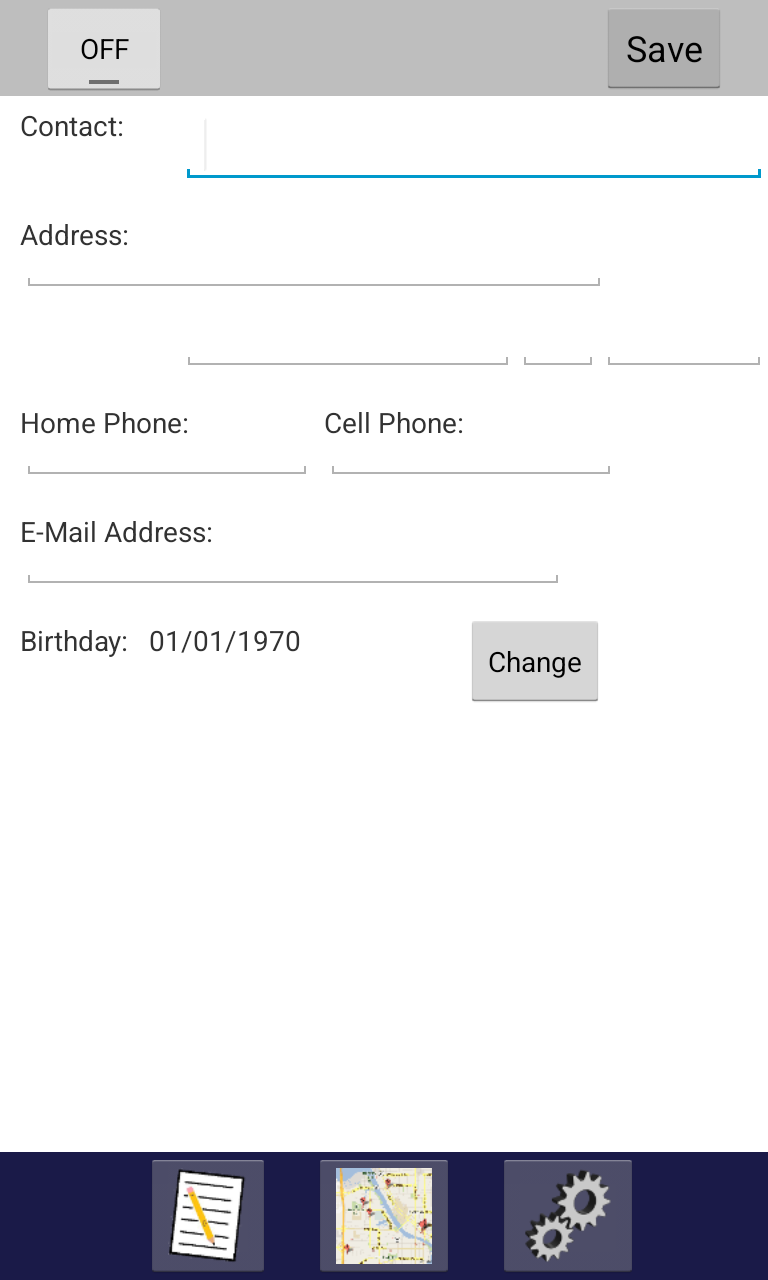
Repository: KarthikDulam/MobileAppDevelopment
Layout: MycontactList/res/layout/activity_contact.xml
These files come from the project's save history. The layout is drawn as it stood at one moment and after the next save; the edit follows.
It is drawn on a 768 x 1280 px phone screen (xhdpi) without system bars, with theme AppTheme; the app's code is not run.

Above is the layout before, as saved 2016-04-05 17:55:02.

### MycontactList/res/layout/activity_contact.xml
<RelativeLayout xmlns:android="http://schemas.android.com/apk/res/android"
    xmlns:tools="http://schemas.android.com/tools"
    android:layout_width="match_parent"
    android:layout_height="match_parent"
    tools:context=".ContactActivity" >

                <LinearLayout
            android:focusable="true"
            android:focusableInTouchMode="true"
            android:layout_width="0px"
            android:layout_height="0px" />



    <RelativeLayout
        android:id="@+id/navbar"
        android:layout_width="fill_parent"
        android:layout_height="wrap_content"
        android:layout_alignParentBottom="true"
        android:background="@color/navbar_background" >

        <ImageButton
            android:id="@+id/imageButtonList"
            android:layout_width="wrap_content"
            android:layout_height="wrap_content"
            android:layout_centerVertical="true"
            android:layout_marginRight="20dp"
            android:layout_toLeftOf="@+id/imageButtonMap"
            android:src="@drawable/contactlisticon" />

        <ImageButton
            android:id="@+id/imageButtonMap"
            android:layout_width="wrap_content"
            android:layout_height="wrap_content"
            android:layout_centerHorizontal="true"
            android:layout_centerVertical="true"
            android:src="@drawable/mapicon" />

        <ImageButton
            android:id="@+id/imageButtonSettings"
            android:layout_width="wrap_content"
            android:layout_height="wrap_content"
            android:layout_centerVertical="true"
            android:layout_marginLeft="20dp"
            android:layout_toRightOf="@+id/imageButtonMap"
            android:src="@drawable/settingsicon" />
    </RelativeLayout>

    <RelativeLayout
        android:id="@+id/toolbar"
        android:layout_width="match_parent"
        android:layout_height="wrap_content"
        android:layout_alignParentLeft="true"
        android:layout_alignParentTop="true"
        android:background="@color/toolbar_background" >

        <ToggleButton
            android:id="@+id/toggleButtonEdit"
            android:layout_width="wrap_content"
            android:layout_height="wrap_content"
            android:layout_alignParentLeft="true"
            android:layout_marginLeft="20dp"
            android:text="ToggleButton" />

        <Button
            android:id="@+id/buttonSave"
            android:layout_width="wrap_content"
            android:layout_height="wrap_content"
            android:layout_alignParentRight="true"
            android:layout_marginRight="20dp"
            android:text="Save" />
    </RelativeLayout>

    <ScrollView
        android:id="@+id/scrollView1"
        android:layout_width="match_parent"
        android:layout_height="wrap_content"
        android:layout_alignParentLeft="true"
        android:layout_below="@+id/toolbar"
        android:layout_above="@+id/navbar" >

        <RelativeLayout
            android:layout_width="match_parent"
            android:layout_height="match_parent" >



            <TextView
                android:id="@+id/textContact"
                android:layout_width="wrap_content"
                android:layout_height="wrap_content"
                android:layout_alignParentLeft="true"
                android:layout_alignParentTop="true"
                android:layout_marginLeft="10dp"
                android:layout_marginTop="5dp"
                android:text="Contact:"
                android:textAppearance="?android:attr/textAppearanceSmall" />

            <TextView
                android:id="@+id/textAddress"
                android:layout_width="wrap_content"
                android:layout_height="wrap_content"
                android:layout_alignParentLeft="true"
                android:layout_below="@+id/editName"
                android:layout_marginLeft="10dp"
                android:layout_marginTop="15dp"
                android:text="Address:"
                android:textAppearance="?android:attr/textAppearanceSmall" />

           <EditText
                android:id="@+id/editState"
                android:layout_width="wrap_content"
                android:layout_height="wrap_content"
                android:layout_toRightOf="@+id/editCity"
                android:layout_alignBottom="@+id/editCity"
                android:ems="2"
                android:maxLength="2"
                android:imeOptions="actionNext"
                android:nextFocusDown="@+id/editZipcode"
                android:inputType="textCapCharacters" >

            </EditText>

            <EditText
                android:id="@+id/editZipcode"
                android:layout_width="wrap_content"
                android:layout_height="wrap_content"
                android:layout_toRightOf="@+id/editState"
                android:layout_alignBottom="@+id/editState"
                android:ems="4"
                android:maxLength="5"
                android:imeOptions="actionNext"
                android:nextFocusDown="@+id/editHome"
                android:inputType="numberSigned" >

            </EditText>

           <TextView
                android:id="@+id/textHome"
                android:layout_width="wrap_content"
                android:layout_height="wrap_content"
                android:layout_alignParentLeft="true"
                android:layout_below="@+id/editCity"
                android:layout_marginLeft="10dp"
                android:layout_marginTop="15dp"
                android:text="Home Phone:"
                android:textAppearance="?android:attr/textAppearanceSmall" />

           <TextView
                android:id="@+id/textCell"
                android:layout_width="wrap_content"
                android:layout_height="wrap_content"
                android:layout_alignBottom="@+id/textHome"
                android:layout_alignLeft="@+id/editCell"
                android:text="Cell Phone:"
                android:textAppearance="?android:attr/textAppearanceSmall" />

           <EditText
                android:id="@+id/editCell"
                android:layout_width="wrap_content"
                android:layout_height="wrap_content"
                android:layout_marginLeft="5dp"
                android:layout_toRightOf="@+id/editHome"
                android:layout_alignBottom="@+id/editHome"
                android:maxLength="14"
                android:ems="7"
                android:imeOptions="actionNext"
                android:nextFocusDown="@+id/editEMail"
                android:inputType="textCapWords" >

            </EditText>

           <TextView
                android:id="@+id/textEMail"
                android:layout_width="wrap_content"
                android:layout_height="wrap_content"
                android:layout_alignParentLeft="true"
                android:layout_below="@+id/editHome"
                android:layout_marginLeft="10dp"
                android:layout_marginTop="15dp"
                android:text="E-Mail Address:"
                android:textAppearance="?android:attr/textAppearanceSmall" />

           <TextView
                android:id="@+id/textBday"
                android:layout_width="wrap_content"
                android:layout_height="wrap_content"
                android:layout_alignParentLeft="true"
                android:layout_below="@+id/editEMail"
                android:layout_marginLeft="10dp"
                android:layout_marginTop="15dp"
                android:paddingBottom="25dp"
                android:text="Birthday:"
                android:textAppearance="?android:attr/textAppearanceSmall" />

           <TextView
                android:id="@+id/textBirthday"
                android:layout_width="wrap_content"
                android:layout_height="wrap_content"
                android:layout_toRightOf="@+id/textBday"
                android:layout_alignBottom="@+id/textBday"
                android:layout_marginLeft="10dp"
                android:paddingBottom="25dp"
                android:text="01/01/1970"
                android:textAppearance="?android:attr/textAppearanceSmall" />

           <EditText
               android:id="@+id/editName"
               android:layout_width="wrap_content"
               android:layout_height="wrap_content"
               android:layout_alignParentRight="true"
               android:layout_alignTop="@+id/textContact"
               android:ems="14"
               android:imeOptions="actionNext"
               android:inputType="textCapWords" >

               <requestFocus />
           </EditText>

           <EditText
               android:id="@+id/editAddress"
               android:layout_width="wrap_content"
               android:layout_height="wrap_content"
               android:layout_alignLeft="@+id/textAddress"
               android:layout_alignTop="@+id/textAddress"
               android:ems="14"
               android:imeOptions="actionNext"
               android:inputType="textCapWords" />

           <EditText
               android:id="@+id/editHome"
               android:layout_width="wrap_content"
               android:layout_height="wrap_content"
               android:layout_alignLeft="@+id/textHome"
               android:layout_alignTop="@+id/textHome"
               android:ems="7"
               android:imeOptions="actionNext"
               android:inputType="textCapWords"
               android:maxLength="14"
               android:nextFocusDown="@+id/editCell" />

           <EditText
               android:id="@+id/editEMail"
               android:layout_width="wrap_content"
               android:layout_height="wrap_content"
               android:layout_alignLeft="@+id/textEMail"
               android:layout_alignTop="@+id/textEMail"
               android:ems="13"
               android:inputType="textEmailAddress" />

           <Button
               android:id="@+id/btnBirthday"
               style="?android:attr/buttonStyleSmall"
               android:layout_width="wrap_content"
               android:layout_height="wrap_content"
               android:layout_alignParentBottom="true"
               android:layout_toRightOf="@+id/textCell"
               android:text="Change" />

           <EditText
               android:id="@+id/editCity"
               android:layout_width="wrap_content"
               android:layout_height="wrap_content"
               android:layout_alignLeft="@+id/editName"
               android:layout_below="@+id/editAddress"
               android:ems="8"
               android:imeOptions="actionNext"
               android:inputType="textCapWords"
               android:nextFocusDown="@+id/editState" />

        </RelativeLayout>
    </ScrollView>


</RelativeLayout>

### MycontactList/res/values/Color.xml
<?xml version="1.0" encoding="utf-8"?>
<resources>
    <color name="navbar_background">#1a1a48</color>
    <color name="toolbar_background">#bebebe</color>
    <color name="data_entry">#b5e1e4</color>


</resources>

Loaded but not shown: MycontactList/res/values/styles.xml (common file); MycontactList/res/values-v11/styles.xml (common file); MycontactList/res/values-v14/styles.xml (common file)

After the next save:
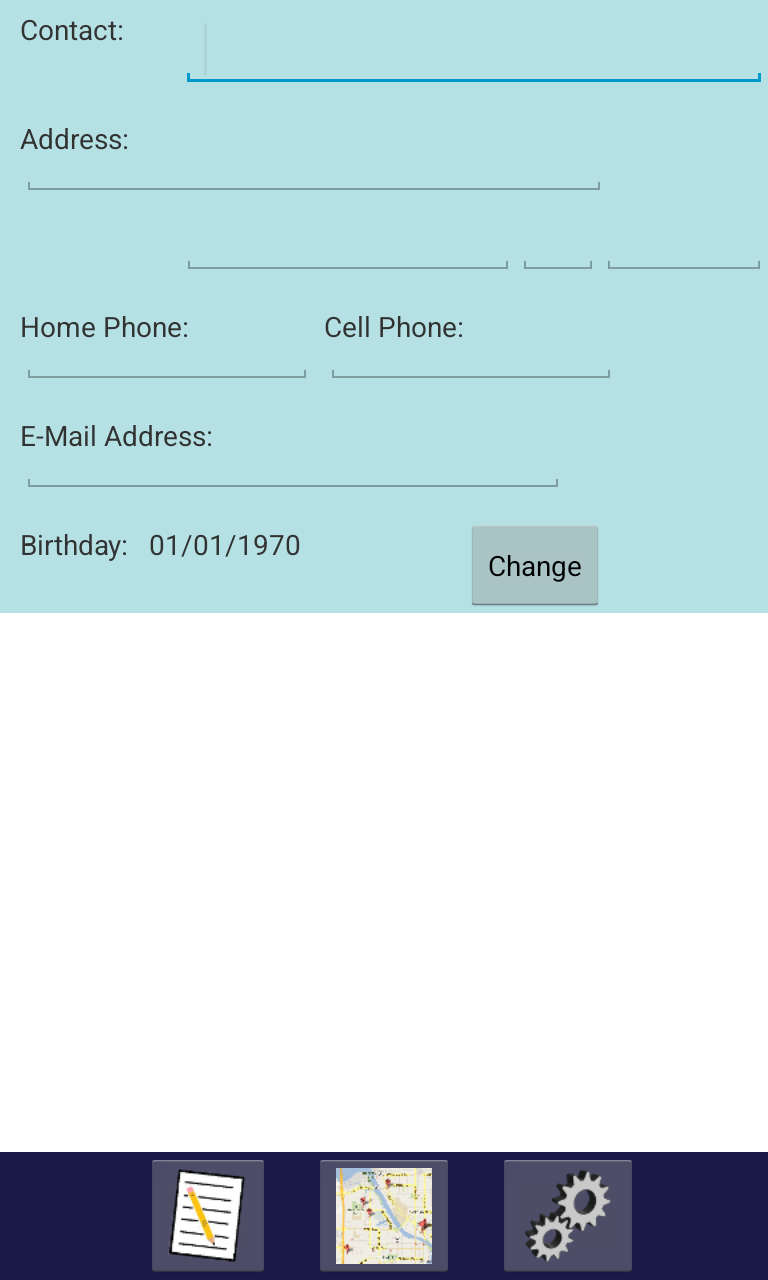
Saved 109 s later.
--- a/MycontactList/res/layout/activity_contact.xml
+++ b/MycontactList/res/layout/activity_contact.xml
@@ -76,6 +76,7 @@
         android:layout_width="match_parent"
         android:layout_height="wrap_content"
         android:layout_alignParentLeft="true"
+        android:background="@color/data_entry" >
         android:layout_below="@+id/toolbar"
         android:layout_above="@+id/navbar" >
 
